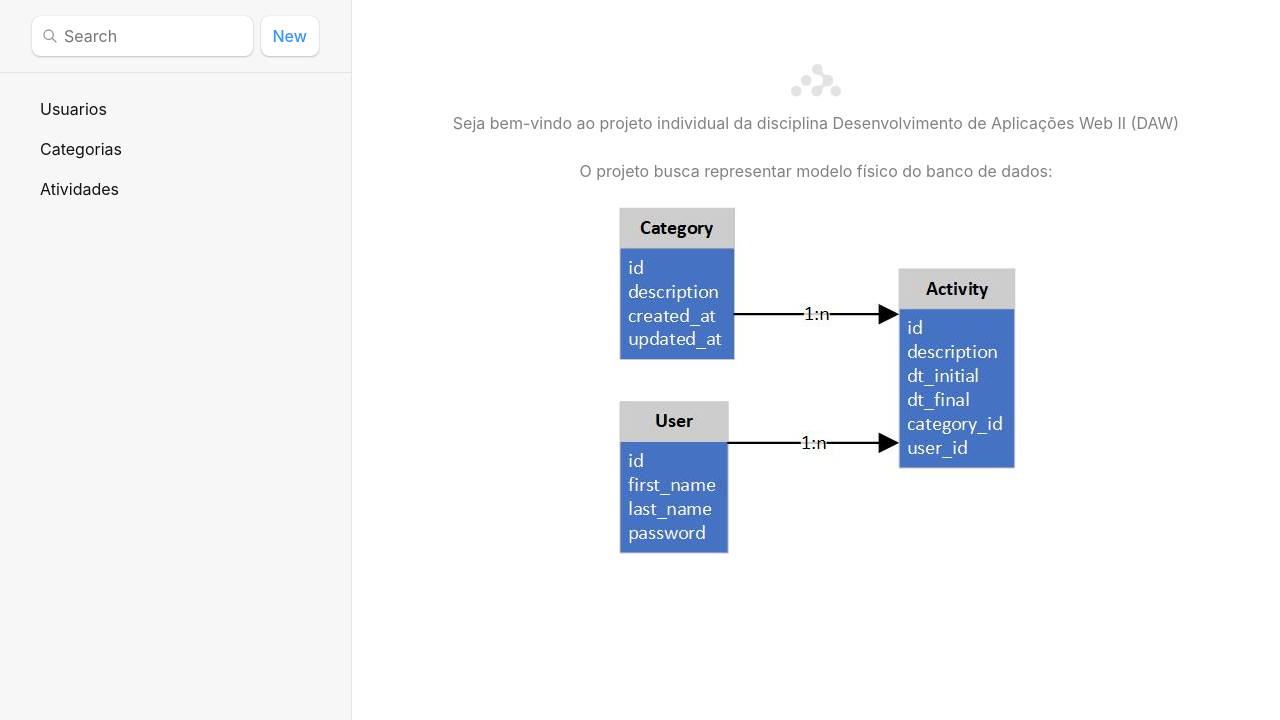
Repository: darccelio/react-pma
Page: /
An editor plug-in stored every save of this project. The page is shown before and after the next save, followed by the edit.
The browser window is 1280 px wide. The pictures show the whole page.
The project was rebuilt for these pictures with package versions that can differ from the ones it lists, and the page was loaded fresh each time. Also part of the build but not shown: vite.config.js, src/route/error-page.jsx, src/route/activity.jsx, src/services/user-service.js, src/route/user.jsx, src/services/category-service.js, src/route/category.jsx.

Above is the page before, as saved 2024-07-10 20:26:38.

### index.html
<!doctype html>
<html lang="pt-br">
  <head>
    <meta charset="UTF-8" />

    <meta name="viewport" content="width=device-width, initial-scale=1.0" />
    <title>Personal Activity Manager</title>
  </head>
  <body>
    <div id="root"></div>
    <script type="module" src="/src/main.jsx"></script>
  </body>
</html>

### src/main.jsx
import React, { Children } from 'react'
import ReactDOM from 'react-dom/client'

import './index.css'

import { createBrowserRouter, RouterProvider } from 'react-router-dom'
import Root from './route/root'
import ErrorPage from './route/error-page'
// import Contact from './route/contact'
import Index from './route/index'

import ActivityPage from './route/activity'
import User from './route/user'
import Category from './route/category'
import './index.css'

const router = createBrowserRouter([
  {
    path: '/',
    element: <Root />,
    errorElement: <ErrorPage />,
    children: [
      { index: true, element: <Index /> },
      // {
      //   path: 'contacts/:contactId',
      //   element: <Contact />,
      // },
      {
        path: '/activity',
        element: <ActivityPage />,
      },
      {
        path: '/user',
        element: <User />,
      },
      {
        path: '/category',
        element: <Category />,
      },
    ],
  },
])

ReactDOM.createRoot(document.getElementById('root')).render(
  <React.StrictMode>
    <RouterProvider router={router} />
  </React.StrictMode>
)

### src/route/root.jsx
import { NavLink, Outlet } from 'react-router-dom'
import '../../src/index.css'

export default function Root() {
  return (
    <>
      <div id="sidebar">
        {/* <h1>React Router Contacts</h1> */}
        <div>
          <form id="search-form" role="search">
            <input
              id="q"
              aria-label="Search contacts"
              placeholder="Search"
              type="search"
              name="q"
            />
            <div id="search-spinner" aria-hidden hidden={true} />
            <div className="sr-only" aria-live="polite"></div>
          </form>
          <form method="post">
            <button type="submit">New</button>
          </form>
        </div>

        <nav>
          <NavLink
            to={`/user`}
            className={({ isActive, isPending }) =>
              isActive ? 'active' : isPending ? 'pending' : ''
            }
          >
            Usuarios
          </NavLink>
          <NavLink
            to={`/category`}
            className={({ isActive, isPending }) =>
              isActive ? 'active' : isPending ? 'pending' : ''
            }
          >
            Categorias
          </NavLink>
          <NavLink
            to={`/activity`}
            className={({ isActive, isPending }) =>
              isActive ? 'active' : isPending ? 'pending' : ''
            }
          >
            Atividades
          </NavLink>
        </nav>
      </div>
      <div id="detail">
        <Outlet />
      </div>
    </>
  )
}

### src/route/index.jsx
import React from 'react'

export default function Index() {
  return (
    <p id="zero-state">
      Seja bem-vindo ao projeto individual da disciplina Desenvolvimento de Aplicações Web II (DAW)
      <br />
      <br />
      O projeto busca representar modelo físico do banco de dados:
      <br />
      <br />
      <img src='../../public/database-model.jpg' alt='modelo físico do banco de dados' />
    </p>
  );
}

Loaded but not shown: src/index.css (common file)

After the next save:
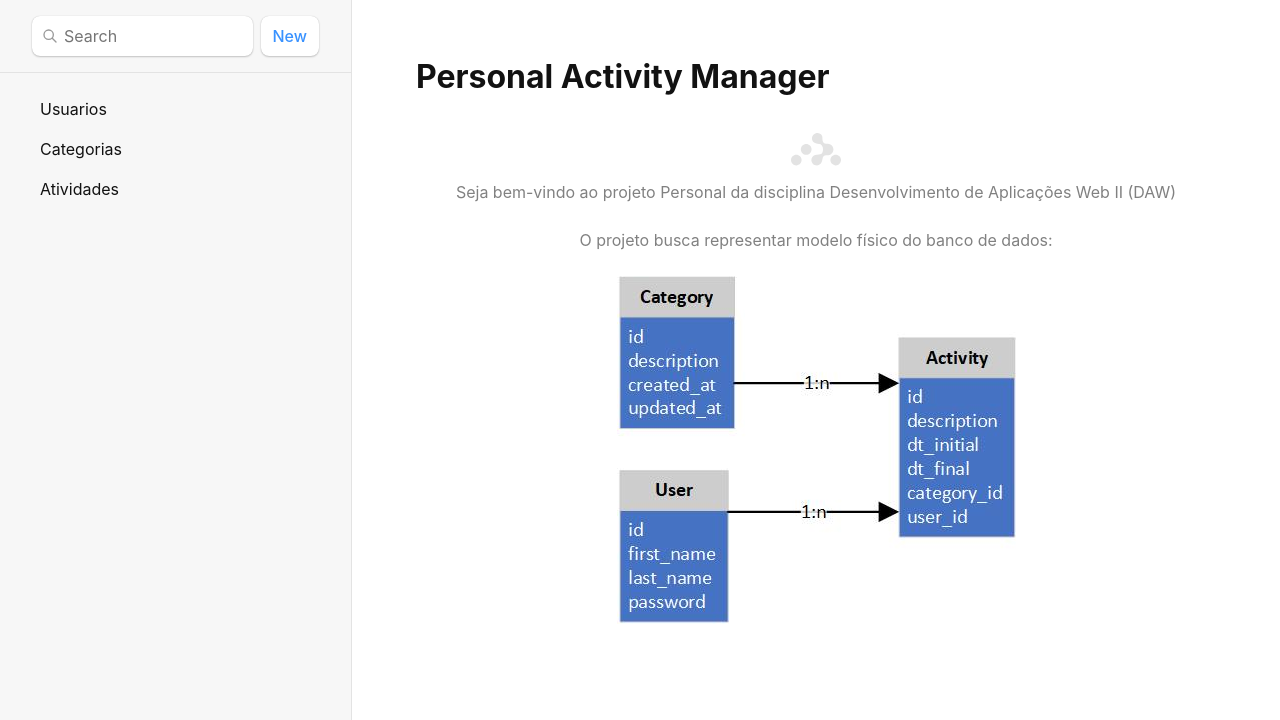
Saved 2 min 11 s later.
--- a/src/route/index.jsx
+++ b/src/route/index.jsx
@@ -2,14 +2,21 @@
 
 export default function Index() {
   return (
-    <p id="zero-state">
-      Seja bem-vindo ao projeto individual da disciplina Desenvolvimento de Aplicações Web II (DAW)
-      <br />
-      <br />
-      O projeto busca representar modelo físico do banco de dados:
-      <br />
-      <br />
-      <img src='../../public/database-model.jpg' alt='modelo físico do banco de dados' />
-    </p>
-  );
+    <div>
+      <h1>Personal Activity Manager</h1>
+       <p id="zero-state">
+        Seja bem-vindo ao projeto Personal da disciplina Desenvolvimento de
+        Aplicações Web II (DAW)
+        <br />
+        <br />
+        O projeto busca representar modelo físico do banco de dados:
+        <br />
+        <br />
+        <img
+          src="../../public/database-model.jpg"
+          alt="modelo físico do banco de dados"
+        />
+      </p>
+    </div>
+  )
 }
